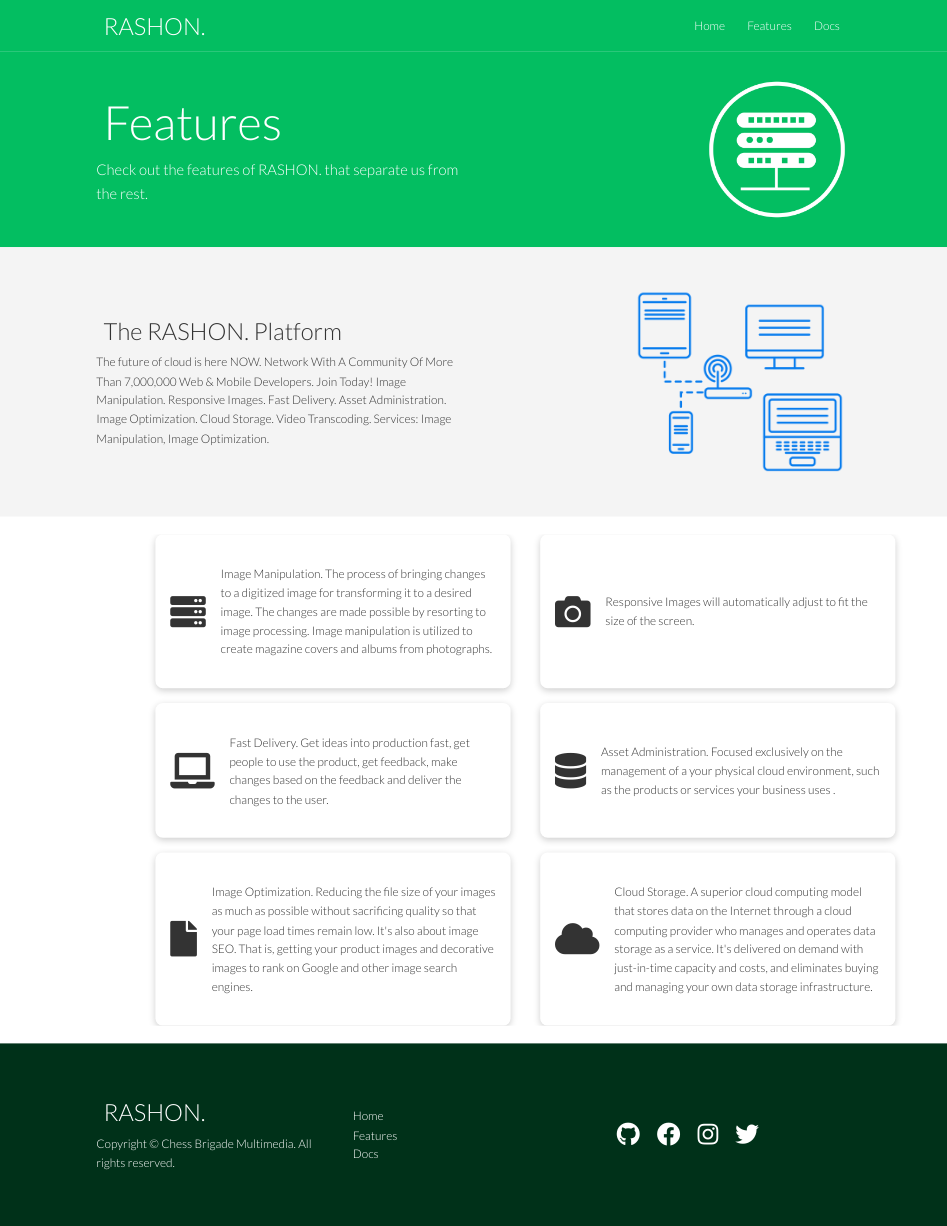
Repository: Skilis/website-modern
Page: features.html
An editor plug-in stored every save of this project. The page is shown before and after the next save, followed by the edit.
The browser window is 1280 px wide. The pictures show the whole page, at 74% of full size.

Above is the page before, as saved 2020-10-23 17:40:50.

### features.html
<!DOCTYPE html>
<html lang="en">

<head>
  <meta charset="UTF-8">
  <meta name="viewport" content="width=device-width, initial-scale=1.0">
  <link rel="stylesheet" href="https://cdnjs.cloudflare.com/ajax/libs/font-awesome/5.15.1/css/all.min.css"
    integrity="sha512-+4zCK9k+qNFUR5X+cKL9EIR+ZOhtIloNl9GIKS57V1MyNsYpYcUrUeQc9vNfzsWfV28IaLL3i96P9sdNyeRssA=="
    crossorigin="anonymous" />
  <link rel="stylesheet" href="css/utilities.css">
  <link rel="stylesheet" href="css/style.css">

  <title>Rashon | Cloud Hosting For The SuperPhly</title>
</head>

<body>
  <!-- Navbar-->
  <div class="navbar">
    <div class="container flex">
      <h1 class="logo">RASHON.</h1>
      <nav>
        <ul>
          <li><a href="index.html">Home</a></li>
          <li><a href="features.html">Features</a></li>
          <li><a href="docs.html">Docs</a></li>
        </ul>
      </nav>
    </div>

  </div>

  <!-- Head -->
  <section class="features-head bg-primary py-3">
    <div class="container grid">
      <div>
        <h1 class="xl">Features</h1>
        <p class="lead">Check out the features of RASHON. that separate us from the rest.</p>
      </div>
      <img src="images/server.png" alt="">
    </div>
  </section>

  <!--Sub head -->

  <section class="features-sub-head bg-light py-3">
    <div class="container grid">
      <div>
        <h1 class="md">The RASHON. Platform</h1>
        <p class="">The future of cloud is here NOW. Network With A Community Of More Than 7,000,000 Web & Mobile
          Developers. Join Today! Image Manipulation. Responsive Images. Fast Delivery. Asset Administration. Image
          Optimization. Cloud Storage. Video Transcoding. Services: Image Manipulation, Image Optimization.</p>
      </div>
      <img src="images/server2.png" alt="">
    </div>

  </section>

  <section class="features-main my-2">
    <div class="container grid">
      <div class="card flex"><i class="fas fa-server fa-3x"></i>
        <p>Image Manipulation. The process of bringing changes to a digitized image for transforming it to a desired
          image. The changes are made possible by resorting to image processing. Image manipulation is utilized to
          create magazine covers and albums from photographs.</p>
      </div>
      <div class="card flex"><i class="fas fa-camera fa-3x"></i>
        <p>Responsive Images will automatically adjust to fit the size of the screen.</p>
      </div>
      <div class="card flex"><i class="fas fa-laptop fa-3x"></i>
        <p>Fast Delivery. Get ideas into production fast, get people to use the product, get feedback, make changes
          based on the feedback and deliver the changes to the user. </p>
      </div>
      <div class="card flex"><i class="fas fa-database fa-3x"></i>
        <p>Asset Administration. Focused exclusively on the management of a your physical cloud environment, such as the
          products or services your business uses .</p>
      </div>
      <div class="card flex"><i class="fas fa-file fa-3x"></i>
        <p>Image
          Optimization. Reducing the file size of your images as much as possible without sacrificing quality so that
          your page load times remain low. It's also about image SEO. That is, getting your product images and
          decorative images to rank on Google and other image search engines. </p>
      </div>
      <div class="card flex"><i class="fas fa-cloud fa-3x"></i>
        <p>Cloud Storage. A superior cloud computing model that stores data on the Internet through a cloud computing
          provider who manages and operates data storage as a service. It's delivered on demand with just-in-time
          capacity and costs, and eliminates buying and managing your own data storage infrastructure. </p>
      </div>
    </div>
  </section>

  <!-- Footer -->

  <footer class="footer bg-dark py-5">
    <div class="container grid grid-3">
      <div>
        <h1>RASHON.</h1>
        <p>Copyright &copy; Chess Brigade Multimedia. All rights reserved.</p>
      </div>
      <nav>
        <ul>
          <li><a href="index.html">Home</a></li>
          <li><a href="features.html">Features</a></li>
          <li><a href="docs.html">Docs</a></li>
        </ul>
      </nav>
      <div class="social">
        <a href="https://skilis.github.io/CBMM-Development/"><i class="fab fa-github fa-2x"></i></a>
        <a href="https://www.facebook.com/ChessChessBrigadeInc/"><i class="fab fa-facebook fa-2x"></i></a>
        <a href="https://www.instagram.com/skilis_creates/"><i class="fab fa-instagram fa-2x"></i></a>
        <a href="https://twitter.com/skilisthedon"><i class="fab fa-twitter fa-2x"></i></a>
      </div>
    </div>
  </footer>


</body>

</html>

### css/utilities.css
.container {
  max-width: 1100px;
  margin: 0 auto;
  overflow: auto;
  padding: 0 40px;
}

.card {
  background-color: #fff;
  color: #333;
  border-radius: 10px;
  box-shadow: 0 3px 10px rgba(0, 0, 0, 0.2);
  padding: 20px;
  margin: 10px;
}

.btn {
  display: inline-block;
  padding: 10px 30px;
  cursor: pointer;
  background: var(--primary-color);
  color: #fff;
  border: none;
  border-radius: 5px;
}

.btn-outline {
  background-color: transparent;
  border: 1px #fff solid;
}

.btn:hover {
  transform: scale(.98);
}

/* Backgrounds & Colored Buttons */

.bg-primary,
.btn-primary {
  background-color: var(--primary-color);
  color: #fff;
}

.bg-secondary,
.btn-secondary {
  background-color: var(--secondary-color);
  color: #fff;
}

.bg-dark,
.btn-dark {
  background-color: var(--dark-color);
  color: #fff;
}

.bg-primary a,
.btn-primary a,
.bg-secondary a,
.btn-secondary a,
.bg-dark a,
.btn-dark a {
  color: #fff;
}

.bg-light,
.btn-light {
  background-color: var(--light-color);
  color: #333;
}

/* Text Sizes */

.lead {
  font-size: 20px;
}

.sm {
  font-size: 1rem;
}

.md {
  font-size: 2rem;
}

.lg {
  font-size: 3rem;
}

.xl {
  font-size: 4rem;
}

.text-center {
  text-align: center;
}

.flex {
  display: flex;
  justify-content: center;
  align-items: center;
  height: 100%;
}

.grid {
  display: grid;
  grid-template-columns: repeat(2, 1fr);
  gap: 20px;
  justify-content: center;
  align-items: center;
  height: 100%;
}

.grid-3 {
  grid-template-columns: repeat(3, 1fr);
}

/* Margin */

.my-1 {
  margin: 1rem;
}

.my-2 {
  margin: 1.5rem 0;
}

.my-3 {
  margin: 2rem 0;
}

.my-4 {
  margin: 3rem 0;
}

.my-5 {
  margin: 4rem 0;
}

.m-1 {
  margin: 1rem;
}

.m-2 {
  margin: 1.5rem;
}

.m-3 {
  margin: 2rem;
}

.m-4 {
  margin: 3rem;
}

.m-5 {
  margin: 4rem;
}

/* Padding */

.py-1 {
  padding: 1rem;
}

.py-2 {
  padding: 1.5rem 0;
}

.py-3 {
  padding: 2rem 0;
}

.py-4 {
  padding: 3rem 0;
}

.py-5 {
  padding: 4rem 0;
}

.p-1 {
  padding: 1rem;
}

.p-2 {
  padding: 1.5rem;
}

.p-3 {
  padding: 2rem;
}

.p-4 {
  padding: 3rem;
}

.p-5 {
  padding: 4rem;
}

### css/style.css
@import url('https://fonts.googleapis.com/css2?family=Lato:wght@300&display=swap');

:root {
  --primary-color: #03be61;
  --secondary-color: #026e38;
  --dark-color: #003119;
  --light-color: #f4f4f4;
}

* {
  box-sizing: border-box;
  padding: 0;
  margin: 0;
}

body {
  font-family: 'Lato', sans-serif;
  color: #333;
  line-height: 1.6;
}

ul {
  list-style-type: none;
}

a {
  text-decoration: none;
  color: #333;
}

h1,
h2 {
  font-weight: 300;
  line-height: 1.2;
  margin: 10px;
}

p {
  margin: 10px 0;
}

img {
  width: 100%;
}

/* Navrbar*/

.navbar {
  background-color: var(--primary-color);
  color: #fff;
  height: 70px;
}

.navbar ul {
  display: flex;
}

.navbar a {
  color: #fff;
  padding: 10px;
  margin: 0 5px;
}

.navbar a:hover {
  border-bottom: 2px white solid;
}

.navbar .flex {
  justify-content: space-between;
}

/* Showcase*/

.showcase {
  height: 400px;
  background-color: var(--primary-color);
  color: white;
  position: relative;
}

.showcase h1 {
  font-size: 40px;
}

.showcase p {
  margin: 20px 0;
}

.showcase .grid {
  overflow: visible;
  grid-template-columns: 55% 45%;
  gap: 30px;
}

.showcase-form {
  position: relative;
  top: 60px;
  height: 350px;
  width: 400px;
  padding: 40px;
  z-index: 100;
}

.showcase-form .form-control {
  margin: 30px 0;
}

.showcase-form input[type='text'],
.showcase-form input[type='email'] {
  border: 0;
  border-bottom: 1px solid #b4becb;
  width: 100%;
  padding: 3px;
  font-size: 16px;
}

.showcase-form input:focus {
  outline: none;
}

.showcase::before,
.showcase::after {
  content: '';
  position: absolute;
  height: 100px;
  bottom: -70px;
  right: 0;
  left: 0;
  background: white;
  transform: skewY(-3deg);
  -webkit-transform: skewY(-3deg);
  -moz-transform: skewY(-3deg);
  -ms-transform: skewY(-3deg);
}

/* Stats */

.stats {
  padding-top: 100px;
}

.stats-heading {
  max-width: 500px;
  margin: auto;
}

.stats .grid h3 {
  font-size: 35px;
}

.stats .grid p {
  font-size: 20px;
  font-weight: bold;
}

/* Cli */

.cli .grid {
  grid-template-columns: repeat(3, 1fr);
  grid-template-rows: repeat(2, 1fr);
}

.cli .grid>*:first-child {
  grid-column: 1 / span 2;
  grid-row: 1 / span 2;
}

/* Cloud */

.cloud .grid {
  grid-template-columns: 4fr 3fr;
}

/* Languages */

.languages .flex {
  flex-wrap: wrap;
}

.languages .card {
  text-align: center;
  margin: 18px 10px 40px;
  transition: transform 0.2s ease-in;
}

.languages .card h4 {
  font-size: 20px;
  margin-bottom: 10px;
}

.languages .card:hover {
  transform: translateY(-15px);
}

/* Features */

.features-head img {
  width: 200px;
  justify-self: flex-end;
}

.features-sub-head img {
  width: 300px;
  justify-self: flex-end;
}

.features-main .card>i {
  margin-right: 20px;
}

.features-main .grid {
  margin-right: 20px;
}

/* Footer */

.footer .social a {
  margin: 0 10px;
}

/* Tablets and under*/

@media(max-width: 768px) {

  .grid,
  .showcase .grid,
  .stats .grid,
  .cli .grid,
  .cloud .grid {
    grid-template-columns: 1fr;
    grid-template-rows: 1fr;
  }

  .showcase {
    height: auto;
  }

  .showcase-text {
    text-align: center;
    margin-top: 40px;
  }

  .showcase-form {
    justify-self: center;
    margin: auto;
  }

  .cli .grid>*:first-child {
    grid-column: 1;
    grid-row: 1;
  }

}

/* Mobile*/

@media(max-width: 500px) {
  .navbar {
    height: 110px;
  }

  .navbar .flex {
    flex-direction: column;
  }

  .navbar ul {
    padding: 10px;
    background-color: rgba(0, 0, 0, 0.1);
  }
}

After the next save:
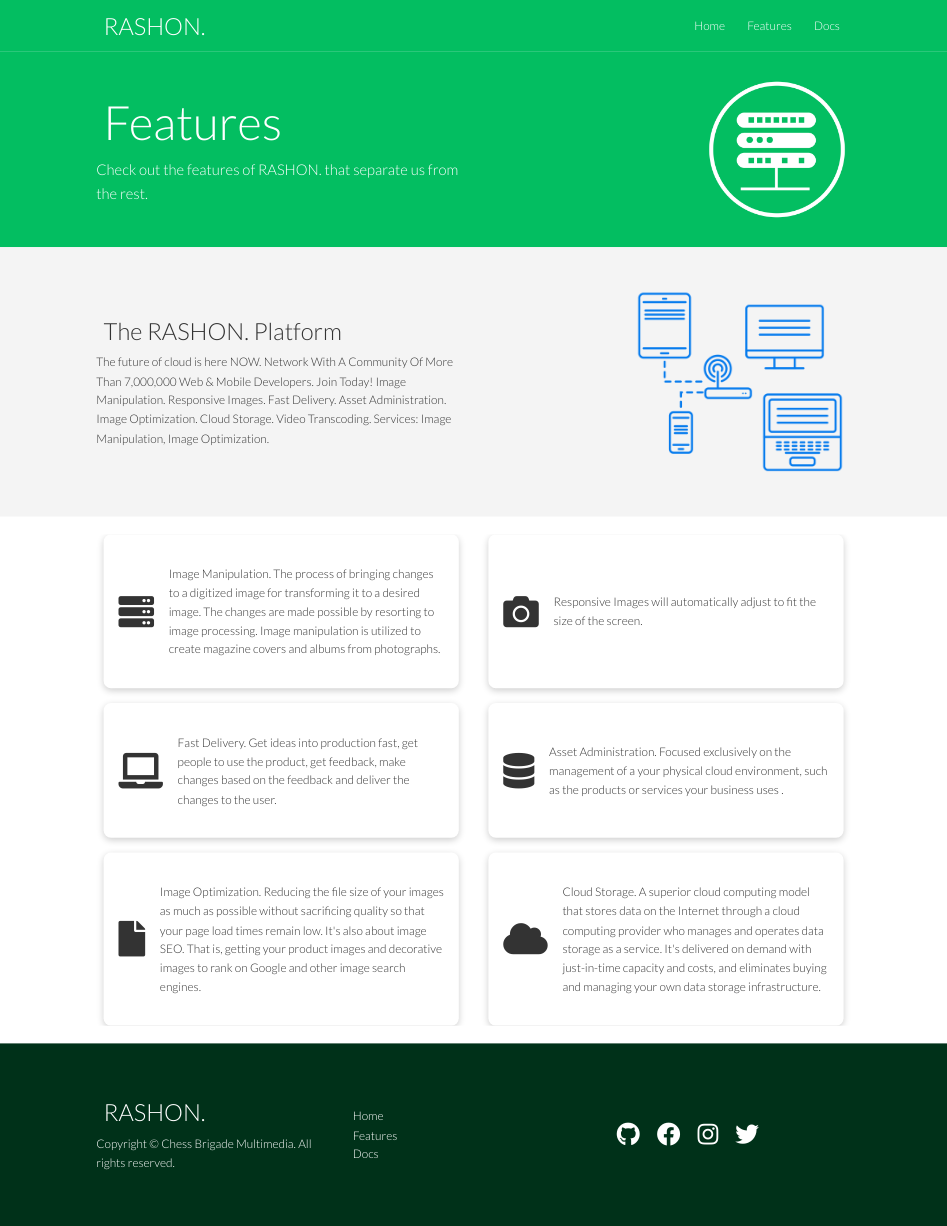
Saved 19 s later.
--- a/css/style.css
+++ b/css/style.css
@@ -208,9 +208,7 @@
   margin-right: 20px;
 }
 
-.features-main .grid {
-  margin-right: 20px;
-}
+.features-main .grid {}
 
 /* Footer */
 
